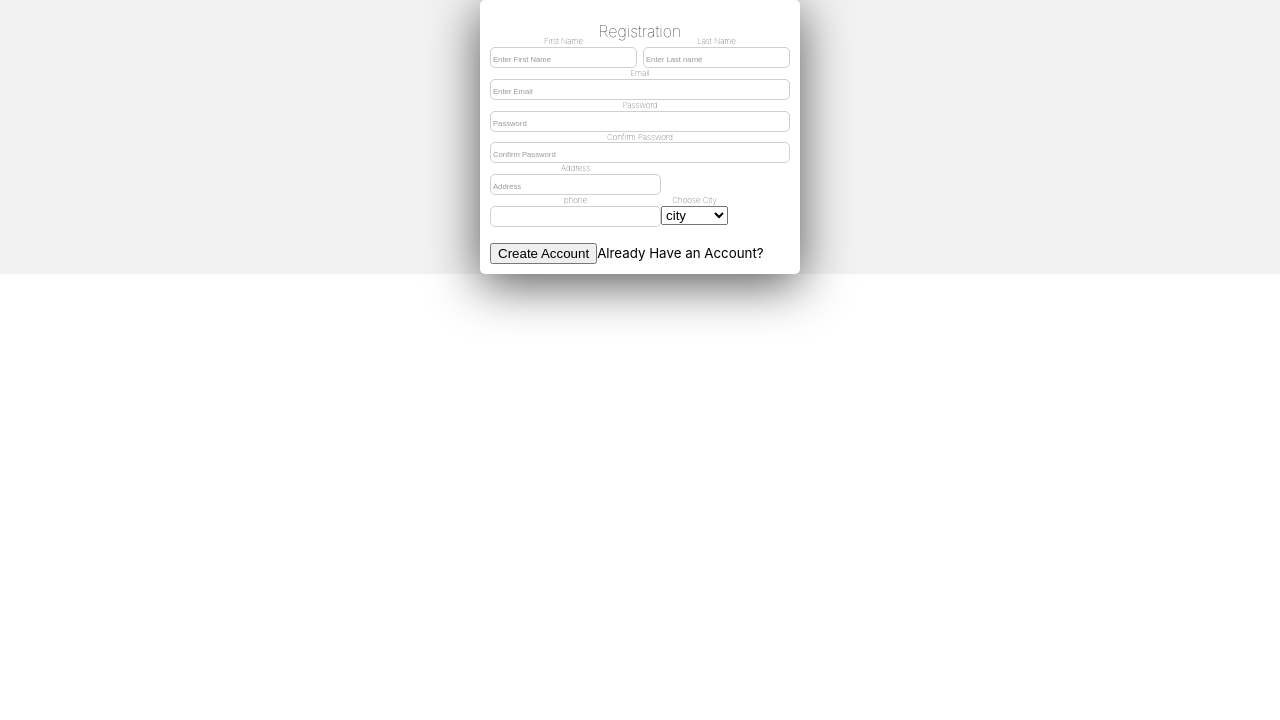
Repository: Fortune-Labs/Event-management-system-CapstoneG3
Page: / (app in frontend/)
These files come from the project's save history. The page is drawn as it stood at one moment and after the next save; the edit follows.
The browser window is 1280 px wide. The pictures show the whole page.
The project was rebuilt for these pictures with package versions that can differ from the ones it lists, and the page was loaded fresh each time.

Above is the page before, as saved 2020-09-03 03:35:52.

### frontend/src/App.js
import React from "react";
import "./App.css";
import Register from "./components/LoginSignup/register";

function App() {
  return (
    <div className="App">
      <Register />
    </div>
  );
}

export default App;

### frontend/src/components/LoginSignup/register.jsx
import React from "react";
import "./style.css";

const emailRegex = RegExp(
  /^[a-zA-Z0-9.!#$%&’*+/=?^_`{|}~-]+@[a-zA-Z0-9-]+(?:\.[a-zA-Z0-9-]+)*$/
);

const formValid = ({ formErrors, ...rest }) => {
  let valid = true;

  // validate form errors being empty
  Object.values(formErrors).forEach((val) => {
    val.length > 0 && (valid = false);
  });

  // validate the form was filled out
  Object.values(rest).forEach((val) => {
    val === null && (valid = false);
  });

  return valid;
};
export default class Register extends React.Component {
  constructor(props) {
    super(props);
    this.state = {
      firstName: null,
      lastName: null,
      email: null,
      password: null,
      cpassword: null,
      phone: null,
      address: null,
      city: null,
      formErrors: {
        firstName: "",
        lastName: "",
        email: "",
        password: "",
        cpassword: "",
        phone: "",
        address: "",
        city: "",
      },
    };
  }

  handleSubmit = (e) => {
    e.preventDefault();

    if (formValid(this.state)) {
      //bellow hello we submit form to backend
      console.log(`
        --SUBMITTING--
        First Name: ${this.state.firstName}
        Last Name: ${this.state.lastName}
        Email: ${this.state.email}
        Password: ${this.state.password}
      `);
    } else {
      console.error("FORM INVALID - DISPLAY ERROR MESSAGE");
    }
  };

  handleChange = (e) => {
    e.preventDefault();
    const { name, value } = e.target;
    let formErrors = { ...this.state.formErrors };

    switch (name) {
      case "firstName":
        formErrors.firstName =
          value.length < 3 ? "minimum 3 characaters required" : "";
        break;
      case "lastName":
        formErrors.lastName =
          value.length < 3 ? "minimum 3 characaters required" : "";
        break;
      case "email":
        formErrors.email = emailRegex.test(value)
          ? ""
          : "invalid email address";
        break;
      case "password":
        formErrors.password =
          value.length < 6 ? "minimum 6 characaters required" : "";
        break;
      default:
        break;
    }

    this.setState({ formErrors, [name]: value }, () => console.log(this.state));
  };

  render() {
    const { formErrors } = this.state;
    return (
      <div className="wrapper">
        <div className="form-wrapper">
          <h1>Registration</h1>
          <form onSubmit={this.handleSubmit} noValidate>
            <div className="firstName">
              <label htmlFor="firstName" className="Kelvin">
                First Name
              </label>
              <input
                type="text"
                name="firstName"
                placeholder="Enter First Name"
                noValidate
                onChange={this.handleChange}
              />
              {formErrors.firstName.length > 0 && (
                <span className="errorMessage">{formErrors.firstName}</span>
              )}
            </div>
            <div className="lastName">
              <label htmlFor="lastName">Last Name</label>
              <input
                type="text"
                name="lastName"
                placeholder="Enter Last name"
                noValidate
                onChange={this.handleChange}
              />
              {formErrors.lastName.length > 0 && (
                <span className="errorMessage">{formErrors.lastName}</span>
              )}
            </div>
            <div className="email">
              <label htmlFor="email">Email</label>
              <input
                type="text"
                name="email"
                placeholder="Enter Email"
                noValidate
                onChange={this.handleChange}
              />
              {formErrors.email.length > 0 && (
                <span className="errorMessage">{formErrors.email}</span>
              )}
            </div>
            <div className="password">
              <label htmlFor="password">Password</label>
              <input
                type="password"
                name="password"
                placeholder="Password"
                noValidate
                onChange={this.handleChange}
              />
              {formErrors.password.length > 0 && (
                <span className="errorMessage">{formErrors.password}</span>
              )}
            </div>
            <div className="password">
              <label htmlFor="password">Confirm Password</label>
              <input
                type="password"
                name="cpassword"
                placeholder="Confirm Password"
                noValidate
                onChange={this.handleChange}
              />
              {formErrors.cpassword.length > 0 && (
                <span className="errorMessage">{formErrors.cpassword}</span>
              )}
            </div>

            <div className="address">
              <label htmlFor="address">Address</label>
              <input
                type="text"
                name="address"
                placeholder="Address"
                noValidate
                onChange={this.handleChange}
              />
            </div>

            <div className="phone">
              <label htmlFor="phone">phone</label>
              <input
                type="phone"
                name="phone"
                placeholder=""
                noValidate
                onChange={this.handleChange}
              />
            </div>

            <div className="city">
              <label htmlFor="city">Choose City</label>
              <select
                id="city"
                name="city"
                noValidate
                onChange={this.handleChange}
              >
                <option value="" disabled selected hidden>
                  city
                </option>
                <option value="acc">Accra</option>
                <option value="tma">Tamale</option>
                <option value="ksi">Kumasi</option>
              </select>
            </div>

            <div className="register action-counter">
              <button onClick={this.register} type="submit" className="btn">
                Create Account
              </button>
              <small>Already Have an Account?</small>
            </div>
          </form>
        </div>
      </div>
    );
  }
}

### frontend/src/components/LoginSignup/style.css
body {
  /* overflow: hidden; */
  margin: 0;
}
.wrapper {
  height: 80%;
  width: 100%;
  display: flex;
  flex-flow: row wrap;
  flex-direction: column;
  align-items: center;
  background-color: #f2f2f2;
  margin-top: -30px;
  margin: 0;
}

.form-wrapper {
  width: 300px;
  display: flex;
  flex-direction: column;
  padding: 10px 10px 10px 10px;
  border-radius: 5px;
  box-shadow: 0px 10px 50px #555;
  background-color: #ffffff;
}

form {
  margin: 0;
  width: 100%;
  display: flex;
  flex-wrap: wrap;
}

h1 {
  text-align: center;
  color: #111;
  font-size: 16px;
  font-weight: lighter;
  font-family: -apple-system, BlinkMacSystemFont, "Segoe UI", Roboto, Oxygen,
    Ubuntu, Cantarell, "Open Sans", "Helvetica Neue", sans-serif;
}

label {
  font-size: 8px;
  margin-bottom: 0.09em;
  color: #222;
  font-weight: lighter;
  margin-top: -15px;
}

/* .Kelvin { */
/* margin-top: -20px; */
/* } */

input {
  padding: 2px;
  border-radius: 5px;
  outline: none;
  border: 1px solid #cfcfcf;
  font-size: 0.8em;
}

input::placeholder {
  font-size: 0.6em;
  font-weight: lighter;
  color: #999;
}

input.error {
  border: 1px solid red;
}

.errorMessage {
  color: red;
  font-size: 0.75em;
  display: relative;
}

.firstName {
  margin-right: 1%;
}

.lastName {
  margin-left: 1%;
}

.firstName,
.lastName,
.email,
.password,
.cpassword,
.phone,
.address,
.city {
  display: flex;
  flex-direction: column;
  margin-bottom: 15px;
}

.firstName,
.lastName {
  width: 49%;
}

.email,
.password {
  width: 100%;
}

.createAccount {
  width: 100%;
  display: flex;
  flex-direction: column;
  align-items: center;
}

.createAccount button {
  background-color: #519e8a;
  color: #fff;
  border: 2px solid #fff;
  width: 100%;
  margin-top: 1em;
  padding: 8px 0px;
  font-size: 1em;
  font-weight: lighter;
  letter-spacing: 1px;
  margin-bottom: 0.25em;
}

.createAccount button:hover {
  color: #519e8a;
  background-color: #fff;
  border: 2px solid #519e8a;
}

.createAccount small {
  color: #999;
  font-weight: lighter;
}

Loaded but not shown: frontend/public/index.html (common file); frontend/src/index.js (common file); frontend/src/index.css (common file); frontend/src/serviceWorker.js (common file); frontend/src/App.css (common file)

After the next save:
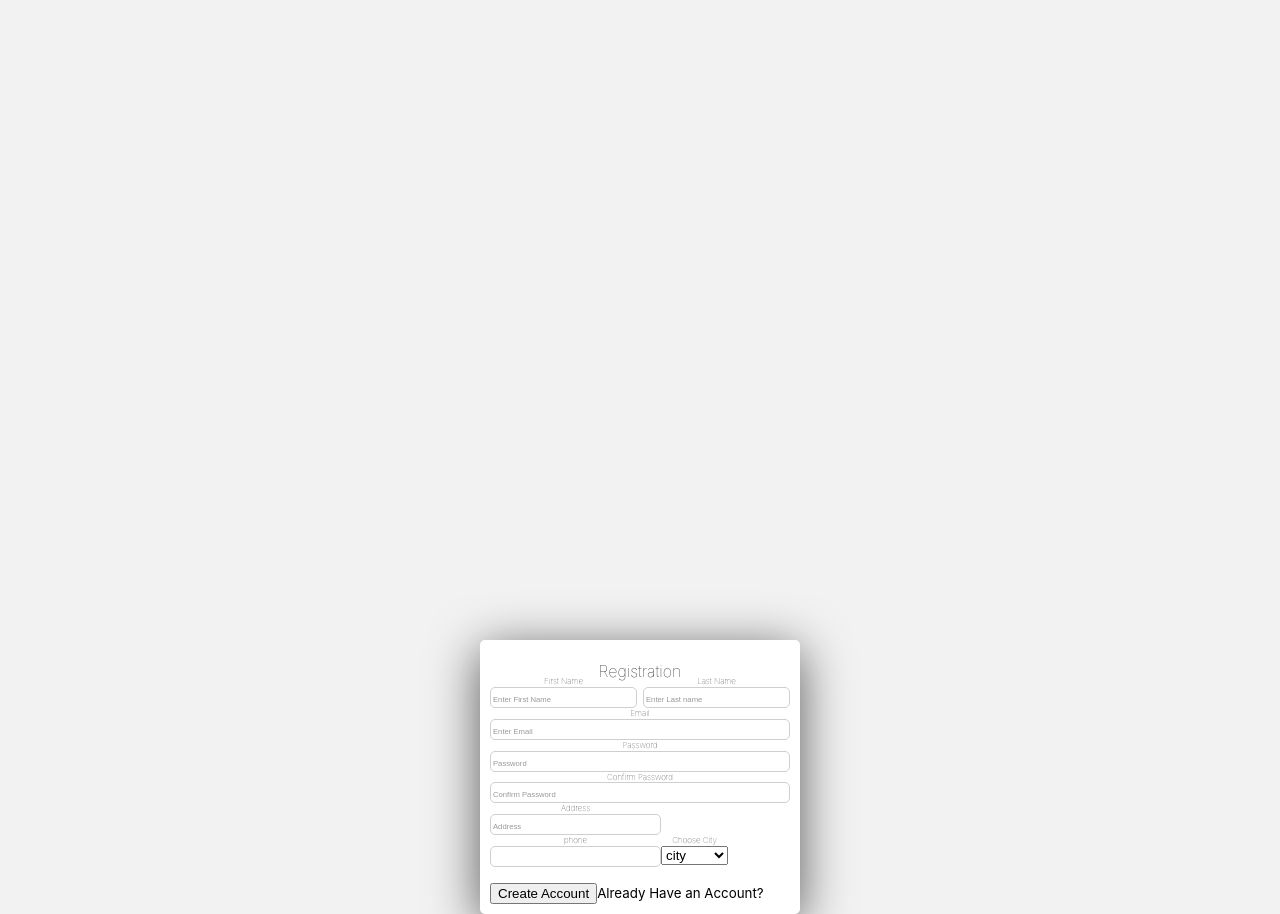
Saved 2 min 31 s later.
--- a/frontend/src/components/LoginSignup/style.css
+++ b/frontend/src/components/LoginSignup/style.css
@@ -137,3 +137,9 @@ input.error {
   color: #999;
   font-weight: lighter;
 }
+
+@media only screen and (min-width: 600px) {
+  .form-wrapper {
+    margin-top: 50%;
+  }
+}
